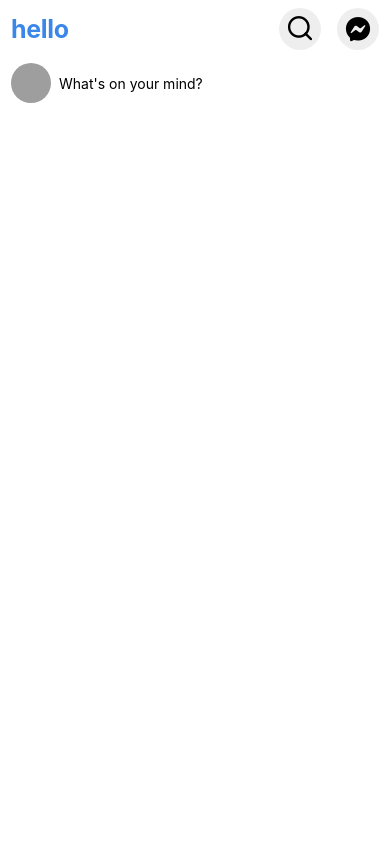
Repository: arafat877/React-Native-Facebook-Clone
Screen: /
The author's editor kept a copy of each file at every save. The screen is drawn from the files as they stood at one save, then again after the next save.
Pictures or frames that could not be fetched are drawn as grey boxes. The app was drawn by React Native's web renderer in a window 390 px wide. The project was rebuilt for these pictures with package versions that can differ from the ones it lists, and the page was loaded fresh each time.

Above is the screen before, as saved 2020-10-03 21:20:29.

### App.js
import React from "react";
import { ScrollView, StyleSheet, StatusBar } from "react-native";
import styled from "styled-components/native";
import AppBar from "./components/AppBar";
import ToolBar from "./components/ToolBar";

const Container = styled.SafeAreaView`
  flex: 1;
`;

export default function App() {
  return (
    <>
      <StatusBar backgroundColor="#FFFFFF" barStyle="dark-content" />
      <Container>
        <ScrollView>
          <AppBar />
          <ToolBar />
        </ScrollView>
      </Container>
    </>
  );
}

const styles = StyleSheet.create({
  container: {
    flex: 1,
    backgroundColor: "#fff",
    alignItems: "center",
    justifyContent: "center",
  },
});

### components/AppBar.js
import React from "react";
import { ScrollView, StyleSheet, View } from "react-native";
import styled from "styled-components/native";
import { Feather, MaterialCommunityIcons } from "@expo/vector-icons";

const Container = styled.View`
  width: 100%;
  height: 58px;
  padding: 0 11px;
  align-items: center;
  flex-direction: row;
  justify-content: space-between;
`;

const Row = styled.View`
  flex-direction: row;
`;

const Button = styled.TouchableOpacity`
  width: 42px;
  height: 42px;
  border-radius: 21px;
  background: #eeeeee;
  align-items: center;
  justify-content: center;
  margin-left: 16px;
`;

const Text = styled.Text`
  color: #3a86e9;
  font-size: 25px;
  font-weight: bold;
  letter-spacing: -0.3px;
`;

const AppBar = () => {
  return (
    <Container>
      <Text>hello</Text>
      <Row>
        <Button>
          <Feather name="search" size={29} color="black" />
        </Button>
        <Button>
          <MaterialCommunityIcons name="facebook-messenger" size={29} color="black" />
        </Button>
      </Row>
    </Container>
  );
};

export default AppBar;

### components/ToolBar.js
import React from "react";
import styled from "styled-components/native";
import Avatar from "./Avatar";

const Container = styled.View`
  width: 100%;
  height: 92px;
`;

const Row = styled.View`
  flex-direction: row;
  background: #ffffff;
  width: 100%;
  padding: 0 11px;
  align-items: center;
`;

const Input = styled.TextInput`
  height: 50px;
  width: 100%;
  padding: 0 8px;
`;

const Divider = styled.View`
  width: 100%;
  height: 0.5px;
  background: #f0f0f0;
`;

const Menu = styled.View`
  flex: 1;
  flex-direction: row;
  align-items: center;
  justify-content: center;
  height: 42px;
`;

const ToolBar = () => {
  return (
    <Container>
      <Row>
        <Avatar source={require("../assets/user1.jpeg")} />
        <Input placeholder="What's on your mind?" />
      </Row>
    </Container>
  );
};

export default ToolBar;

### components/Avatar.js
import React from "react";
import styled from "styled-components/native";

const Container = styled.View`
  width: 40px;
  height: 40px;
  position: relative;
`;

const User = styled.Image`
  width: 40px;
  height: 40px;
  border-radius: 20px;
`;
const Avatar = ({ source }) => {
  return (
    <Container>
      <User source={source} />
    </Container>
  );
};

export default Avatar;

After the next save:
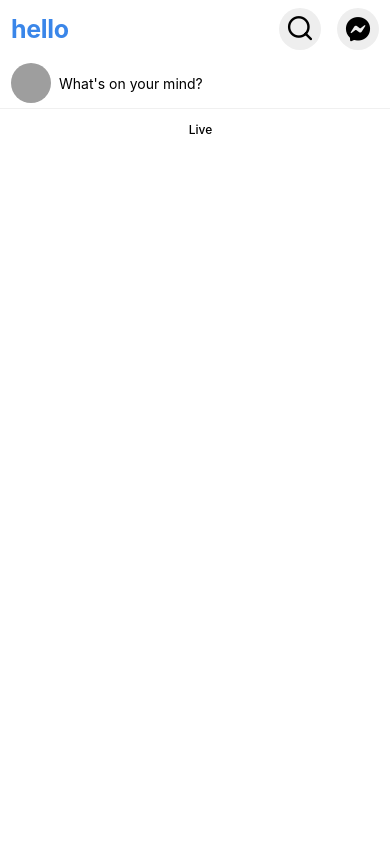
Saved 82 s later.
--- a/components/ToolBar.js
+++ b/components/ToolBar.js
@@ -35,6 +35,12 @@
   height: 42px;
 `;
 
+const MenuText = styled.Text`
+  padding-left: 11px;
+  font-weight: 500;
+  font-size: 12px;
+`;
+
 const ToolBar = () => {
   return (
     <Container>
@@ -42,6 +48,10 @@
         <Avatar source={require("../assets/user1.jpeg")} />
         <Input placeholder="What's on your mind?" />
       </Row>
+      <Divider />
+      <Menu>
+        <MenuText>Live</MenuText>
+      </Menu>
     </Container>
   );
 };
